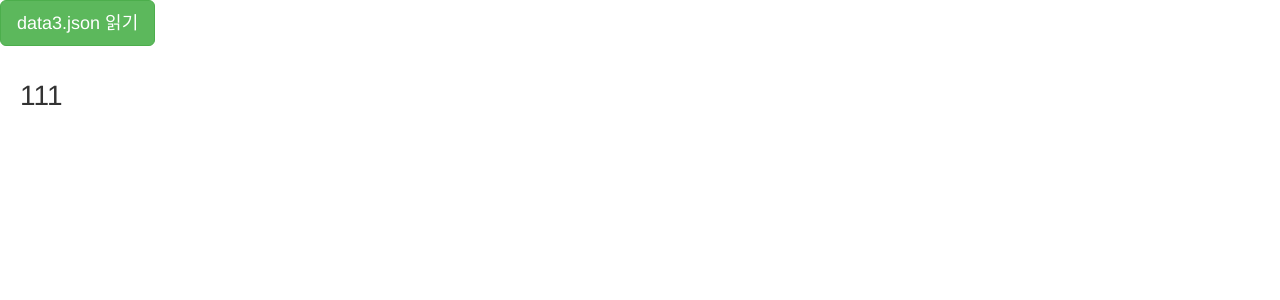
Repository: Juheekim1207/Javawork
Page: WebProjectEx1/src/main/webapp/day0419/Ex3ReadJson.html
These files come from the project's save history. The page is drawn as it stood at one moment and after the next save; the edit follows.
The browser window is 1280 px wide. The pictures show the whole page.
Some web fonts or font styles are not loaded; a fallback is used.

Above is the page before, as saved 2022-04-19 06:56:01.

After the next save:
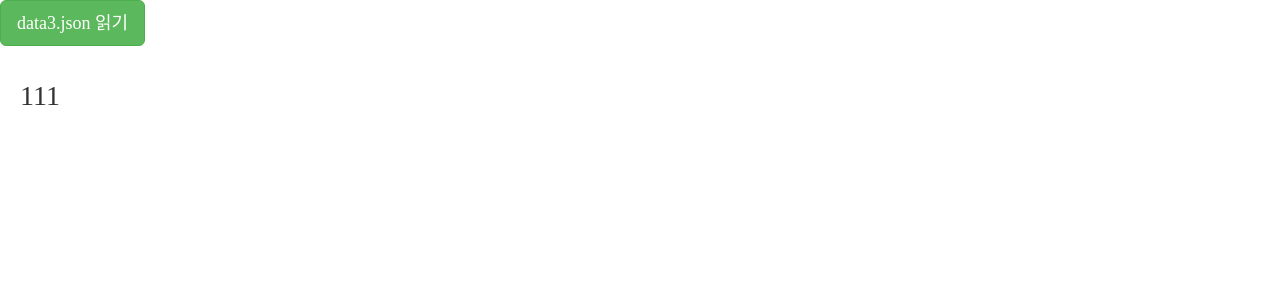
Saved 63 s later.
--- a/WebProjectEx1/src/main/webapp/day0419/Ex3ReadJson.html
+++ b/WebProjectEx1/src/main/webapp/day0419/Ex3ReadJson.html
@@ -6,6 +6,14 @@
 <link rel="stylesheet" href="https://maxcdn.bootstrapcdn.com/bootstrap/3.4.1/css/bootstrap.min.css">
 <script src="https://code.jquery.com/jquery-3.5.0.js"></script>
 <link href="https://fonts.googleapis.com/css2?family=Gamja+Flower&family=Jua&family=Lobster&family=Nanum+Brush+Script&display=swap" rel="stylesheet">
+<style type="text/css">
+	body * {
+		font-family: 'Jua';
+	}
+</style>
+<script type="text/javascript">
+
+</script>
 </head>
 <body>
 	<button type="button" class="btn btn-lg btn-success"
